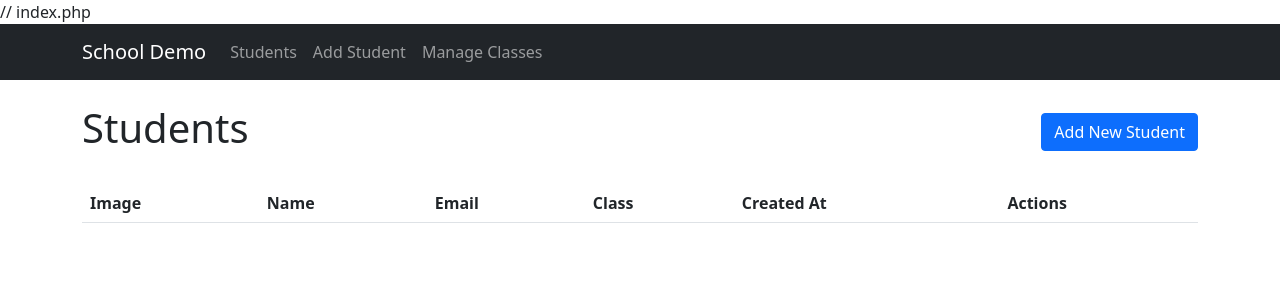
Repository: ASHVAMI/school_demo
Page: http://localhost/
The author's editor kept a copy of each file at every save. The page is drawn from the files as they stood at one save, then again after the next save.
The browser window is 1280 px wide. The pictures show the whole page.
The page is run by PHP 8.4 with error messages shown; the project is at /var/www/html/. Queries for data that is not in the repository find no rows.

Above is the page before, as saved 2024-11-30 23:36:17.

### index.php
// index.php
<?php
require_once 'config/database.php';
require_once 'classes/Student.php';

$student = new Student($pdo);
$students = $student->getAllStudents();
include 'includes/header.php';
?>

<div class="d-flex justify-content-between align-items-center mb-4">
    <h1>Students</h1>
    <a href="create.php" class="btn btn-primary">Add New Student</a>
</div>

<div class="table-responsive">
    <table class="table table-striped">
        <thead>
            <tr>
                <th>Image</th>
                <th>Name</th>
                <th>Email</th>
                <th>Class</th>
                <th>Created At</th>
                <th>Actions</th>
            </tr>
        </thead>
        <tbody>
            <?php foreach ($students as $student): ?>
            <tr>
                <td>
                    <?php if ($student['image']): ?>
                        <img src="uploads/<?php echo htmlspecialchars($student['image']); ?>"
                             alt="Student Image" class="img-thumbnail" style="width: 50px;">
                    <?php endif; ?>
                </td>
                <td><?php echo htmlspecialchars($student['name']); ?></td>
                <td><?php echo htmlspecialchars($student['email']); ?></td>
                <td><?php echo htmlspecialchars($student['class_name']); ?></td>
                <td><?php echo date('Y-m-d', strtotime($student['created_at'])); ?></td>
                <td>
                    <a href="view.php?id=<?php echo $student['id']; ?>" class="btn btn-sm btn-info">View</a>
                    <a href="edit.php?id=<?php echo $student['id']; ?>" class="btn btn-sm btn-warning">Edit</a>
                    <a href="delete.php?id=<?php echo $student['id']; ?>"
                       class="btn btn-sm btn-danger"
                       onclick="return confirm('Are you sure?')">Delete</a>
                </td>
            </tr>
            <?php endforeach; ?>
        </tbody>
    </table>
</div>

<?php include 'includes/footer.php'; ?>

### config/database.php

<?php
class Database {
    private $host = "localhost";
    private $db_name = "school_db";
    private $username = "root";
    private $password = "";
    private $conn;

    public function getConnection() {
        $this->conn = null;

        try {
            $this->conn = new PDO(
                "mysql:host=" . $this->host . ";dbname=" . $this->db_name,
                $this->username,
                $this->password
            );
            $this->conn->setAttribute(PDO::ATTR_ERRMODE, PDO::ERRMODE_EXCEPTION);
            $this->conn->setAttribute(PDO::ATTR_DEFAULT_FETCH_MODE, PDO::FETCH_ASSOC);
        } catch(PDOException $e) {
            echo "Connection Error: " . $e->getMessage();
        }

        return $this->conn;
    }
}

$database = new Database();
$pdo = $database->getConnection();
?>

### classes/Student.php

<?php
class Student {
    private $conn;
    private $table_name = "student";

    public function __construct($db) {
        $this->conn = $db;
    }

    public function getAllStudents() {
        $query = "SELECT s.*, c.name as class_name
                 FROM " . $this->table_name . " s
                 LEFT JOIN classes c ON s.class_id = c.class_id
                 ORDER BY s.created_at DESC";

        $stmt = $this->conn->prepare($query);
        $stmt->execute();

        return $stmt->fetchAll();
    }

    public function getStudent($id) {
        $query = "SELECT s.*, c.name as class_name
                 FROM " . $this->table_name . " s
                 LEFT JOIN classes c ON s.class_id = c.class_id
                 WHERE s.id = :id";

        $stmt = $this->conn->prepare($query);
        $stmt->bindParam(":id", $id);
        $stmt->execute();

        return $stmt->fetch();
    }

    public function createStudent($name, $email, $address, $class_id, $image = null) {
        $query = "INSERT INTO " . $this->table_name . "
                 (name, email, address, class_id, image)
                 VALUES (:name, :email, :address, :class_id, :image)";

        $stmt = $this->conn->prepare($query);

        $stmt->bindParam(":name", $name);
        $stmt->bindParam(":email", $email);
        $stmt->bindParam(":address", $address);
        $stmt->bindParam(":class_id", $class_id);
        $stmt->bindParam(":image", $image);

        return $stmt->execute();
    }

    public function updateStudent($id, $name, $email, $address, $class_id, $image = null) {
        $query = "UPDATE " . $this->table_name . "
                 SET name = :name,
                     email = :email,
                     address = :address,
                     class_id = :class_id" .
                 ($image ? ", image = :image" : "") .
                 " WHERE id = :id";

        $stmt = $this->conn->prepare($query);

        $stmt->bindParam(":id", $id);
        $stmt->bindParam(":name", $name);
        $stmt->bindParam(":email", $email);
        $stmt->bindParam(":address", $address);
        $stmt->bindParam(":class_id", $class_id);

        if ($image) {
            $stmt->bindParam(":image", $image);
        }

        return $stmt->execute();
    }

    public function deleteStudent($id) {
        $query = "DELETE FROM " . $this->table_name . " WHERE id = :id";
        $stmt = $this->conn->prepare($query);
        $stmt->bindParam(":id", $id);
        return $stmt->execute();
    }
}
?>

### includes/header.php

<!DOCTYPE html>
<html lang="en">
<head>
    <meta charset="UTF-8">
    <meta name="viewport" content="width=device-width, initial-scale=1.0">
    <title>School Management System</title>
    <link href="https://cdn.jsdelivr.net/npm/bootstrap@5.1.3/dist/css/bootstrap.min.css" rel="stylesheet">
    <link href="assets/css/style.css" rel="stylesheet">
</head>
<body>
    <nav class="navbar navbar-expand-lg navbar-dark bg-dark mb-4">
        <div class="container">
            <a class="navbar-brand" href="index.php">School Demo</a>
            <button class="navbar-toggler" type="button" data-bs-toggle="collapse" data-bs-target="#navbarNav">
                <span class="navbar-toggler-icon"></span>
            </button>
            <div class="collapse navbar-collapse" id="navbarNav">
                <ul class="navbar-nav">
                    <li class="nav-item">
                        <a class="nav-link" href="index.php">Students</a>
                    </li>
                    <li class="nav-item">
                        <a class="nav-link" href="create.php">Add Student</a>
                    </li>
                    <li class="nav-item">
                        <a class="nav-link" href="classes.php">Manage Classes</a>
                    </li>
                </ul>
            </div>
        </div>
    </nav>
    <div class="container">

### includes/footer.php

    </div>
    <script src="https://cdn.jsdelivr.net/npm/bootstrap@5.1.3/dist/js/bootstrap.bundle.min.js"></script>
    <script src="assets/js/main.js"></script>
</body>
</html>

### assets/css/style.css

.student-image {
    max-width: 150px;
    height: auto;
}

.image-preview {
    max-width: 200px;
    margin-top: 10px;
    display: none;
}

.table-responsive {
    margin-bottom: 1rem;
}

.form-group {
    margin-bottom: 1rem;
}

.alert {
    margin-bottom: 1rem;
}

.card {
    margin-bottom: 2rem;
    box-shadow: 0 0.125rem 0.25rem rgba(0, 0, 0, 0.075);
}

.btn-group-sm > .btn, .btn-sm {
    padding: 0.25rem 0.5rem;
    font-size: 0.875rem;
    border-radius: 0.2rem;
}

.navbar {
    margin-bottom: 2rem;
}

.invalid-feedback {
    display: none;
    width: 100%;
    margin-top: 0.25rem;
    font-size: 80%;
    color: #dc3545;
}

.was-validated .form-control:invalid ~ .invalid-feedback {
    display: block;
}

### assets/js/main.js

document.addEventListener('DOMContentLoaded', function() {
    // Preview image before upload
    const imageInput = document.querySelector('input[type="file"]');
    const imagePreview = document.querySelector('.image-preview');

    if (imageInput && imagePreview) {
        imageInput.addEventListener('change', function() {
            const file = this.files[0];
            if (file) {
                const reader = new FileReader();
                reader.onload = function(e) {
                    imagePreview.src = e.target.result;
                    imagePreview.style.display = 'block';
                }
                reader.readAsDataURL(file);
            }
        });
    }

    // Form validation
    const forms = document.querySelectorAll('.needs-validation');
    forms.forEach(form => {
        form.addEventListener('submit', function(event) {
            if (!form.checkValidity()) {
                event.preventDefault();
                event.stopPropagation();
            }
            form.classList.add('was-validated');
        });
    });
});

After the next save:
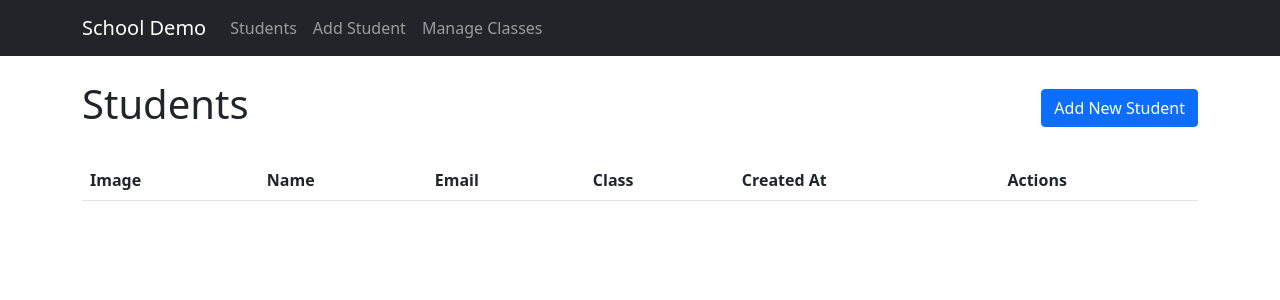
Saved 7 s later.
--- a/index.php
+++ b/index.php
@@ -1,4 +1,4 @@
-// index.php
+
 <?php
 require_once 'config/database.php';
 require_once 'classes/Student.php';
